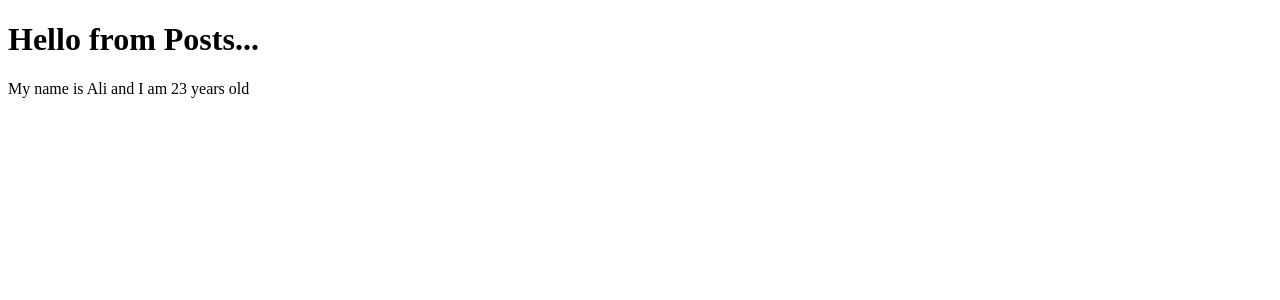
Repository: Abdulahi338/Basics-of-Controllers-using-laravel
Page: http://localhost/posts
These files come from the project's save history. The page is drawn as it stood at one moment and after the next save; the edit follows.
The browser window is 1280 px wide. The pictures show the whole page.
The page is served by the project's Laravel application, run on PHP 8.4 with Laravel 12. Other server files are loaded and not shown.

Above is the page before, as saved 2024-08-28 21:34:57.

### routes/web.php
<?php

use Illuminate\Support\Facades\Route;
use App\Http\Controllers\PostController; // Capitalize controller class name
use Illuminate\Http\Request; // Import the Request class

// Corrected Route::resource usage
Route::resource('/posts', PostController::class);

### app/Http/Controllers/postController.php
<?php

namespace App\Http\Controllers;

use App\Models\Post; // Capitalize model name
use Illuminate\Http\Request;

class PostController extends Controller
{
    /**
     * Display a listing of the resource.
     */
    public function index()
    {
        $name = 'Ali';
        $age = 23;
        return view('posts.index', ['userName' => $name, 'age' => $age]);
    }

    // Other methods can remain empty for now
    public function create()
    {
        //
    }

    public function store(Request $request)
    {
        //
    }

    public function show(Post $post)
    {
        //
    }

    public function edit(Post $post)
    {
        //
    }

    public function update(Request $request, Post $post)
    {
        //
    }

    public function destroy(Post $post)
    {
        //
    }
}

### resources/views/posts/index.blade.php
<!DOCTYPE html>
<html lang="en">
<head>
    <meta charset="UTF-8">
    <meta name="viewport" content="width=device-width, initial-scale=1.0">
    <meta http-equiv="X-UA-Compatible" content="ie=edge">
    <title>Posts view</title>
</head>
<body>
    <h1>Hello from Posts...</h1>
    {{date('')}}
    <div>My name is {{ $userName }} and I am {{ $age }} years old</div>
</body>
</html>

Loaded but not shown: app/Http/Controllers/Controller.php (common file)

After the next save:
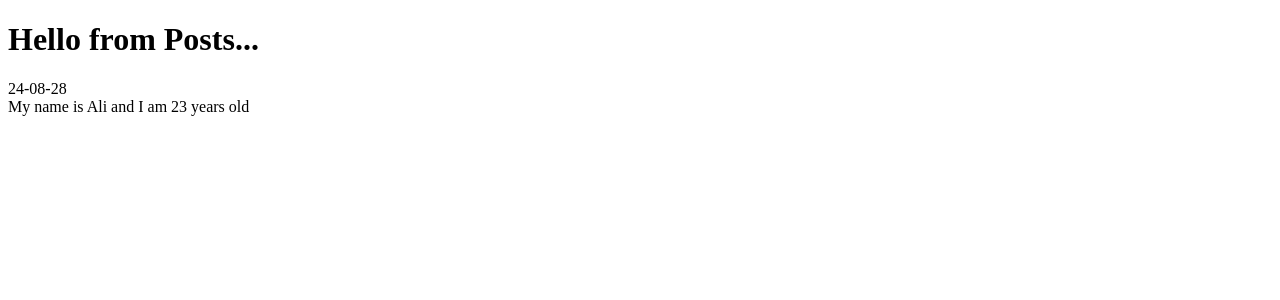
Saved 5 s later.
--- a/resources/views/posts/index.blade.php
+++ b/resources/views/posts/index.blade.php
@@ -8,7 +8,7 @@
 </head>
 <body>
     <h1>Hello from Posts...</h1>
-    {{date('')}}
+    {{date('y-m-d')}}
     <div>My name is {{ $userName }} and I am {{ $age }} years old</div>
 </body>
 </html>
